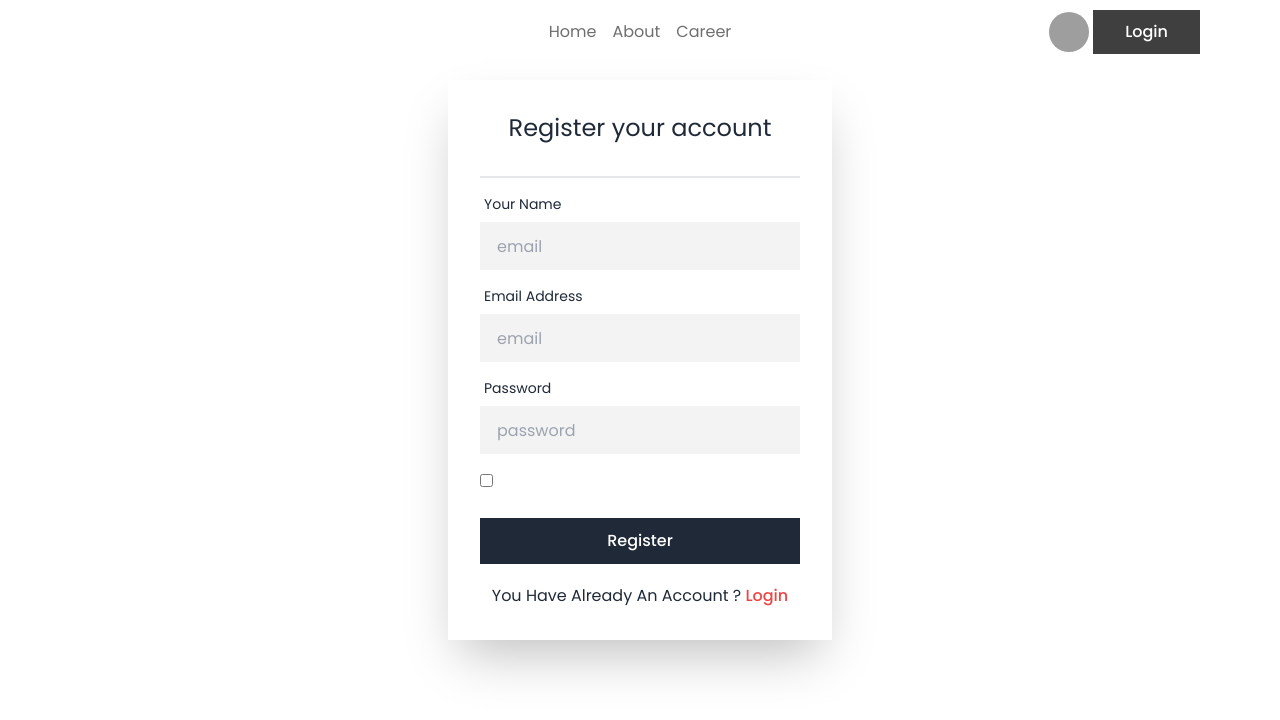
Repository: ShouravAhammed/react-dragon-news-auth
Page: /register
These files come from the project's save history. The page is drawn as it stood at one moment and after the next save; the edit follows.
The browser window is 1280 px wide. The pictures show the whole page.
Pictures or frames that could not be fetched are drawn as grey boxes. The project was rebuilt for these pictures with package versions that can differ from the ones it lists, and the page was loaded fresh each time. Also part of the build but not shown: vite.config.js, src/pages/BreakingNews/BreakingNews.jsx, src/pages/Shared/Header/Header.jsx, src/pages/Shared/LeftSideNav/LeftSideNav.jsx, src/Components/btnLogin/BtnLogin.jsx, src/pages/Shared/RIghtSideNav/RightSideNav.jsx, src/pages/Home/Home.jsx, src/pages/About/About.jsx and 2 more.

Above is the page before, as saved 2024-04-14 03:24:16.

After the next save:
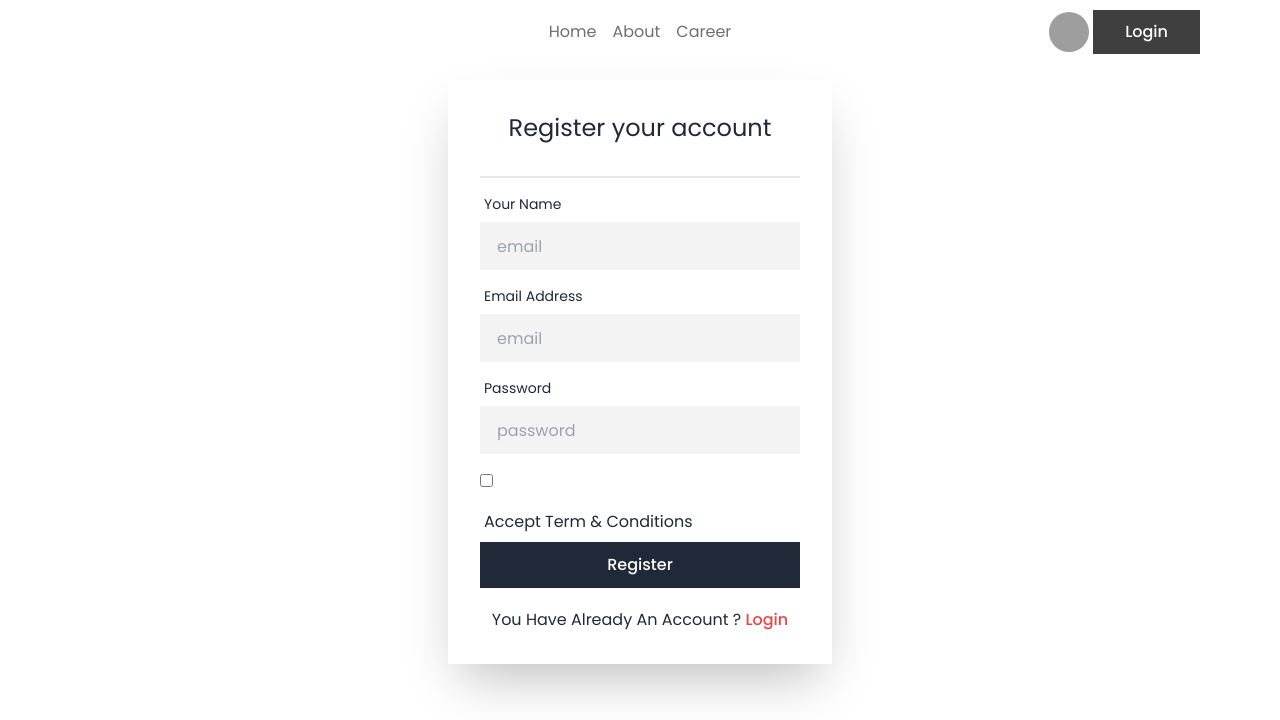
Saved 24 s later.
--- a/src/pages/Register/Register.jsx
+++ b/src/pages/Register/Register.jsx
@@ -33,7 +33,7 @@ const Register = () => {
         <div className="mt-2">
             <input type="checkbox" name="checked" id="checked" />
         </div>
-        <div className="form-control"><label className="label"></label>
+        <div className="form-control"><label className="label">Accept Term & Conditions</label>
         <button
         className="w-full px-8 py-2.5 relative group overflow-hidden font-medium bg-gray-800 text-white inline-block border-gray-800 border"
       >
